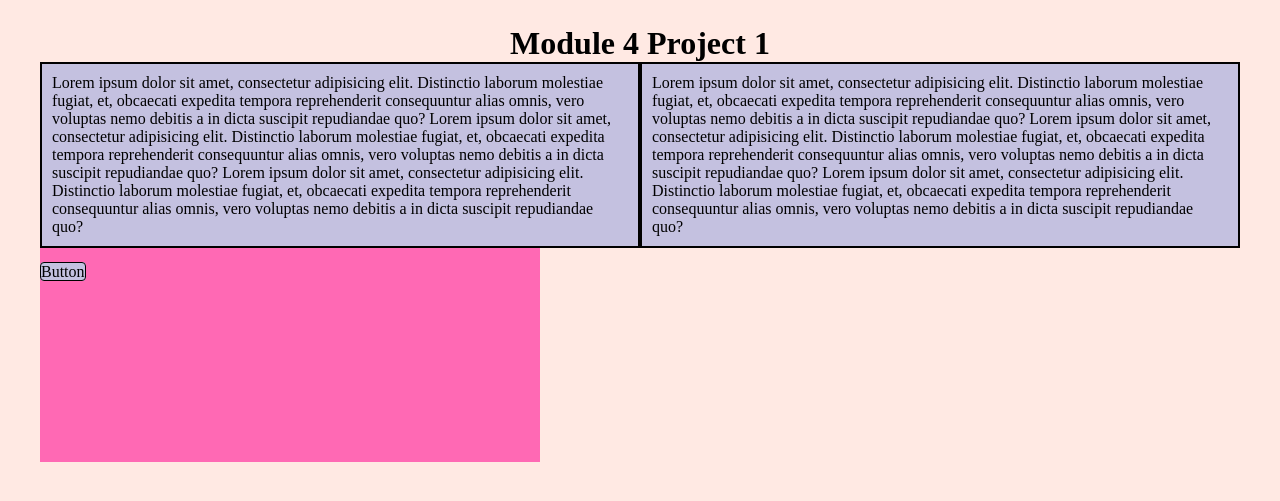
Repository: mlmEFSC21/P6-External-Style-Sheet
Page: index.html
An editor plug-in stored every save of this project. The page is shown before and after the next save, followed by the edit.
The browser window is 1280 px wide. The pictures show the whole page.

Above is the page before, as saved 2022-02-13 17:04:55.

### index.html
<!DOCTYPE html>
<html lang="en">
    <head>
        <meta charset="UTF-8" />
        <meta http-equiv="X-UA-Compatible" content="IE=edge" />
        <meta name="viewport" content="width=device-width, initial-scale=1.0" />
        <link rel="stylesheet" href="Styles.css" />
        <title>External Style Sheets</title>
    </head>
    <header><h1>Module 4 Project 1</h1></header>
    <body>
        <div class="floatContainer">
            <div>
                <p class="p1">
                    Lorem ipsum dolor sit amet, consectetur adipisicing elit. Distinctio laborum
                    molestiae fugiat, et, obcaecati expedita tempora reprehenderit consequuntur
                    alias omnis, vero voluptas nemo debitis a in dicta suscipit repudiandae quo?
                    Lorem ipsum dolor sit amet, consectetur adipisicing elit. Distinctio laborum
                    molestiae fugiat, et, obcaecati expedita tempora reprehenderit consequuntur
                    alias omnis, vero voluptas nemo debitis a in dicta suscipit repudiandae quo?
                    Lorem ipsum dolor sit amet, consectetur adipisicing elit. Distinctio laborum
                    molestiae fugiat, et, obcaecati expedita tempora reprehenderit consequuntur
                    alias omnis, vero voluptas nemo debitis a in dicta suscipit repudiandae quo?
                </p>
            </div>
            <div>
                <p class="p2">
                    Lorem ipsum dolor sit amet, consectetur adipisicing elit. Distinctio laborum
                    molestiae fugiat, et, obcaecati expedita tempora reprehenderit consequuntur
                    alias omnis, vero voluptas nemo debitis a in dicta suscipit repudiandae quo?
                    Lorem ipsum dolor sit amet, consectetur adipisicing elit. Distinctio laborum
                    molestiae fugiat, et, obcaecati expedita tempora reprehenderit consequuntur
                    alias omnis, vero voluptas nemo debitis a in dicta suscipit repudiandae quo?
                    Lorem ipsum dolor sit amet, consectetur adipisicing elit. Distinctio laborum
                    molestiae fugiat, et, obcaecati expedita tempora reprehenderit consequuntur
                    alias omnis, vero voluptas nemo debitis a in dicta suscipit repudiandae quo?
                </p>
            </div>
        </div>
        <div class="button"><a href="" class="button">Button</a></div>
    </body>
</html>

### Styles.css
:root {
    /* --clr-font: black; */
    --clr-background: #ffe9e3;
    --clr-buttonBG: #c4c1e0;
    --clr-buttonHover: #7c73e6;
}
*,
*::before,
*::after {
    margin: 0;
    padding: 0;
    box-sizing: border-box;
}
header {
    text-align: center;
}
body {
    background-color: var(--clr-background);
    color: black;
    margin: 10px 25px;
    padding: 15px;
}
p {
    margin-bottom: 15px;
    padding: 10px;
    background-color: var(--clr-buttonBG);
}
.p1 {
    border: 2px solid black;
    float: left;
    width: 50%;
}
.p2 {
    border: 2px solid black;
    float: right;
    width: 50%;
}
.p2::after {
    content: "";
    clear: both;
}
div.button {
    width: 500px;
    height: 400px;
    background-color: hotpink;
}
a {
    text-decoration: none;
}
a.button {
    border: 1px solid black;
    border-radius: 4px;
    width: 250px;
    height: 50px;
    background-color: var(--clr-buttonBG);
    color: var(--clr-button);
}
a.button:hover {
    background-color: var(--clr-buttonHover);
    color: var(--clr-buttonHover);
    cursor: pointer;
}

After the next save:
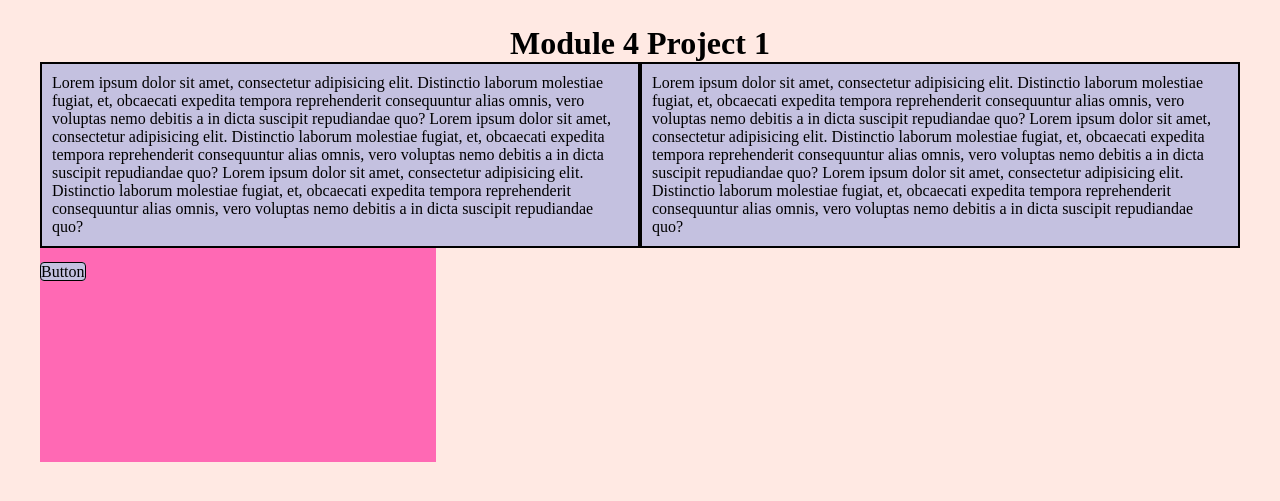
Saved 35 s later.
--- a/Styles.css
+++ b/Styles.css
@@ -40,7 +40,7 @@ p {
     clear: both;
 }
 div.button {
-    width: 500px;
+    width: 33%;
     height: 400px;
     background-color: hotpink;
 }
